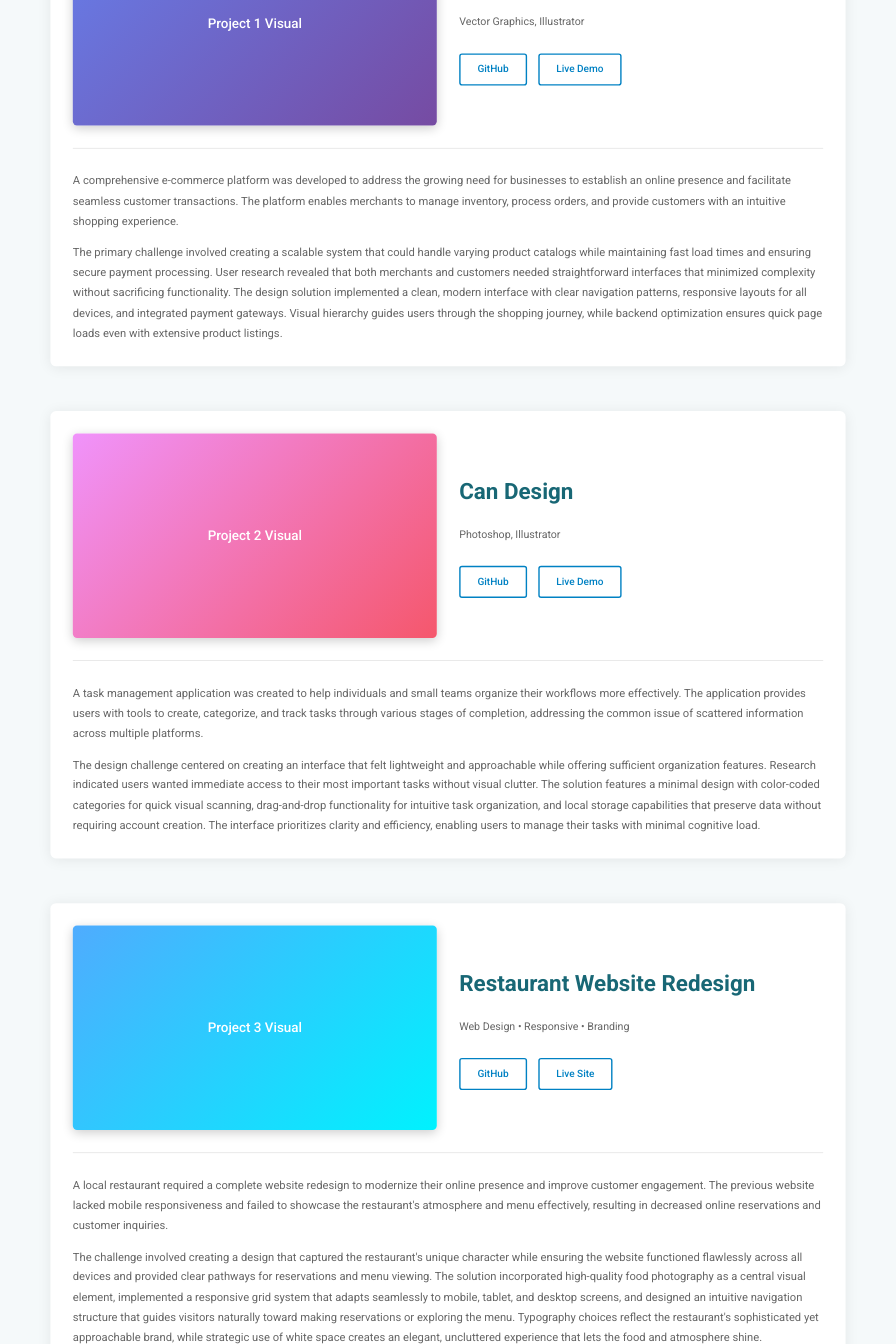
Repository: DonaldCWong/portfolio
Page: index.html
These files come from the project's save history. The page is drawn as it stood at one moment and after the next save; the edit follows.
The browser window is 1280 px wide. The pictures show the part of the page from y = 1086 to 3006 px (the page is 4895 px tall before and 4837 px after), at 70% of full size.

Above is the page before, as saved 2026-01-12 10:12:32.

After the next save:
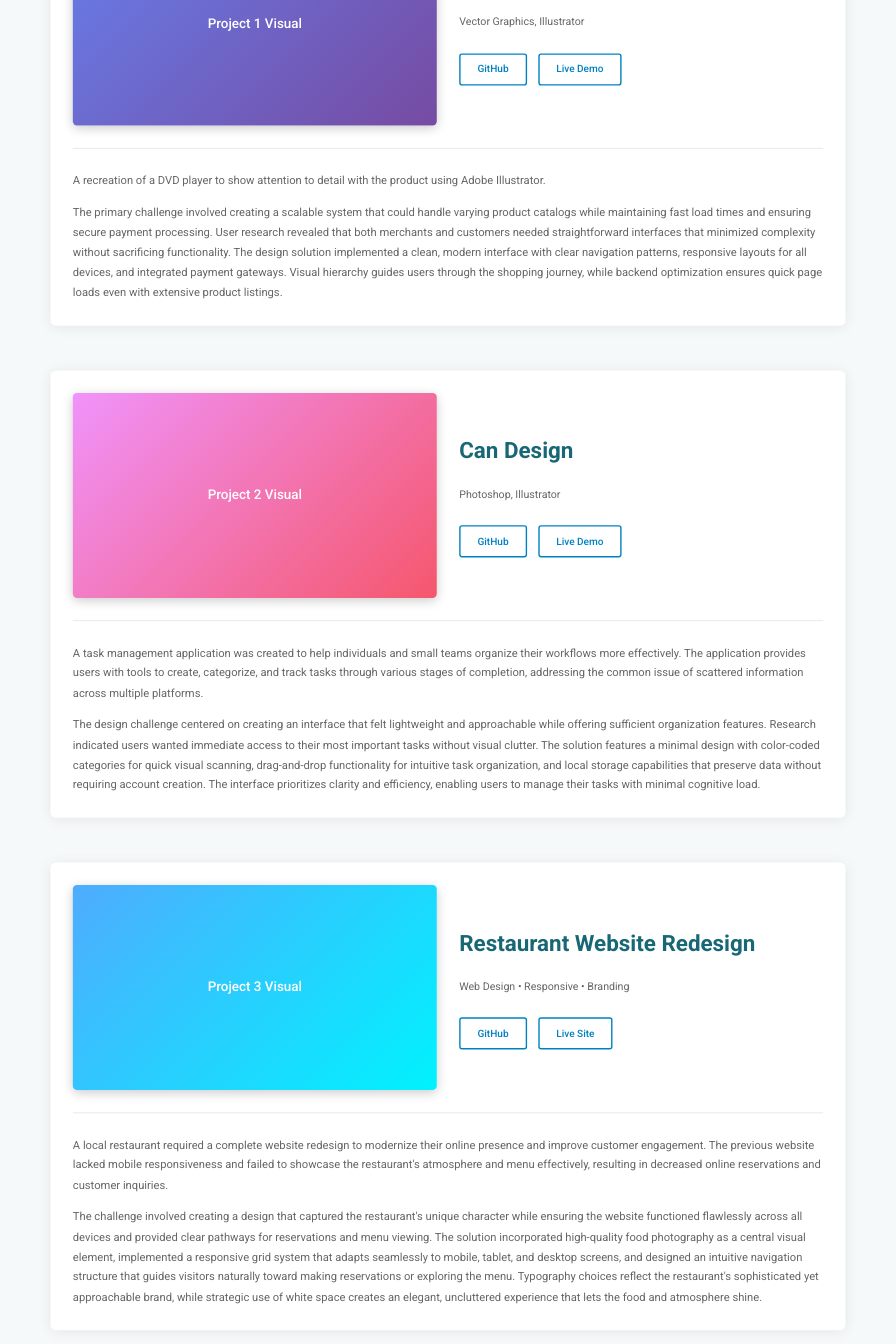
Saved 110 min 7 s later.
--- a/index.html
+++ b/index.html
@@ -56,7 +56,7 @@
                 </div>
                 <div class="project-rationale">
                     <p>
-                        A comprehensive e-commerce platform was developed to address the growing need for businesses to establish an online presence and facilitate seamless customer transactions. The platform enables merchants to manage inventory, process orders, and provide customers with an intuitive shopping experience.
+                      A recreation of a DVD player to show attention to detail with the product using Adobe Illustrator.
                     </p>
                     <p>
                         The primary challenge involved creating a scalable system that could handle varying product catalogs while maintaining fast load times and ensuring secure payment processing. User research revealed that both merchants and customers needed straightforward interfaces that minimized complexity without sacrificing functionality. The design solution implemented a clean, modern interface with clear navigation patterns, responsive layouts for all devices, and integrated payment gateways. Visual hierarchy guides users through the shopping journey, while backend optimization ensures quick page loads even with extensive product listings.
